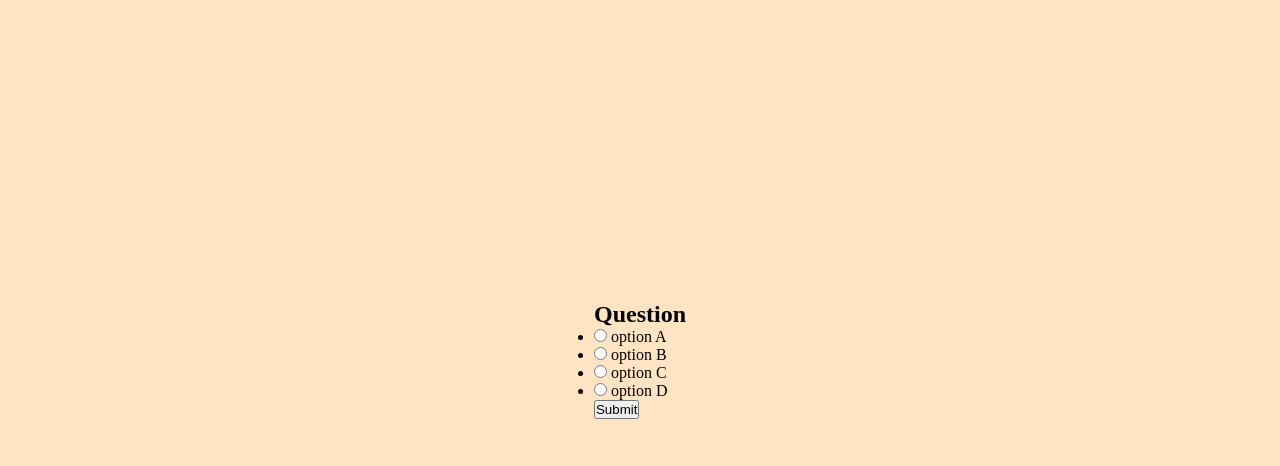
Repository: JunaidAnsari202/Quiz-App
Page: index.html
The author's editor kept a copy of each file at every save. The page is drawn from the files as they stood at one save, then again after a run of saves.
The browser window is 1280 px wide. The pictures show the whole page.

Above is the page before, as saved 2024-10-13 19:44:57.

After the next 4 saves:
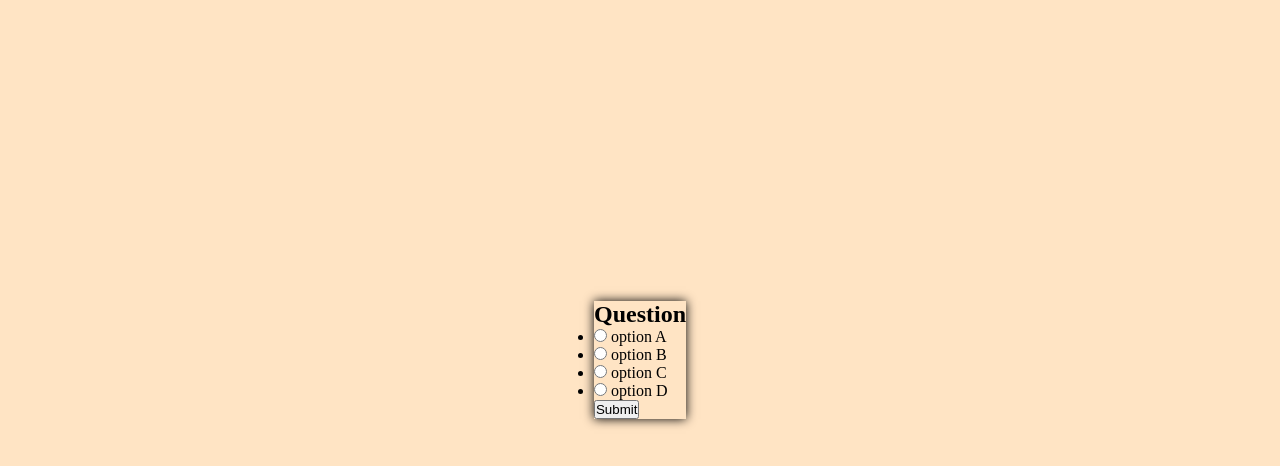
The 4 saves are shown as one change because they came seconds apart.
The last was saved 17 s later.
--- a/style.css
+++ b/style.css
@@ -15,5 +15,5 @@ body{
 .quiz-container{
     border: 1px solid black;
     border: 10px;
-    box-shadow: 0 0 ;
+    box-shadow: 0 0 10px 0;
 }
